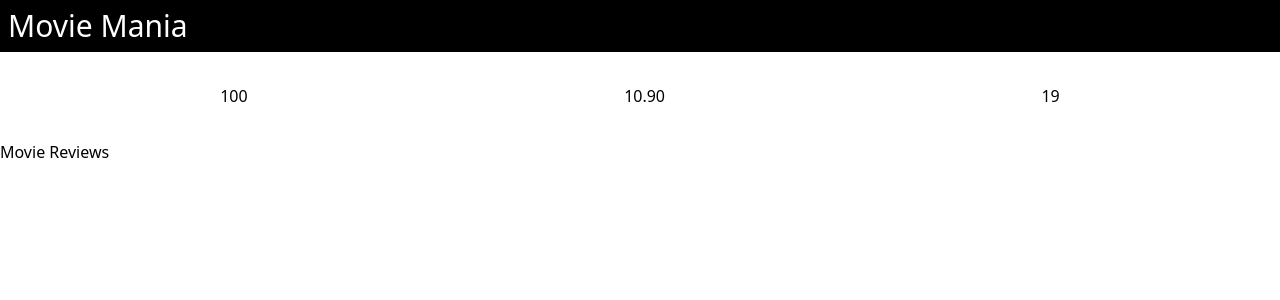
Repository: mdsajib50/Movie-Mania
Page: src/index.html
An editor plug-in stored every save of this project. The page is shown before and after a run of saves, followed by the edit.
The browser window is 1280 px wide. The pictures show the whole page.

Above is the page before, as saved 2025-03-07 15:04:48.

### src/index.html
<!DOCTYPE html>
<html lang="en">
<head>
    <meta charset="UTF-8">
    <meta name="viewport" content="width=device-width, initial-scale=1.0">
    <link rel="stylesheet" href="output.css">
    <title id="siteTitle">Movie Mania</title>
</head>
<body>
     <div class="flex flex-col">
        <nav class="bg-black text-white p-2">
            <h1 class="text-3xl">Movie Mania</h1>
        </nav>
        <div class="flex justify-around p-8">
            <div class="card" id="tMoviesId">
                <span>100</span>
            </div>
            <div class="card" id="tAvgRating"><span>10.90</span></div>
            <div class="card" id="tReviewsId"><span>19</span></div>
        </div>
        <div class="p-4" id="movieListId">
            <h2 class="text-2xl">Movie Reviews</h2>
            <ul class="my-2">
                <li class="card my-2 p-2"></li>
            </ul>
        </div>
     </div>
    <script src="script.js"></script>
</body>
</html>

Loaded but not shown: src/output.css (2091 lines, source omitted); src/script.js (no stored copy; drawn as an empty file)

After the next 5 saves:
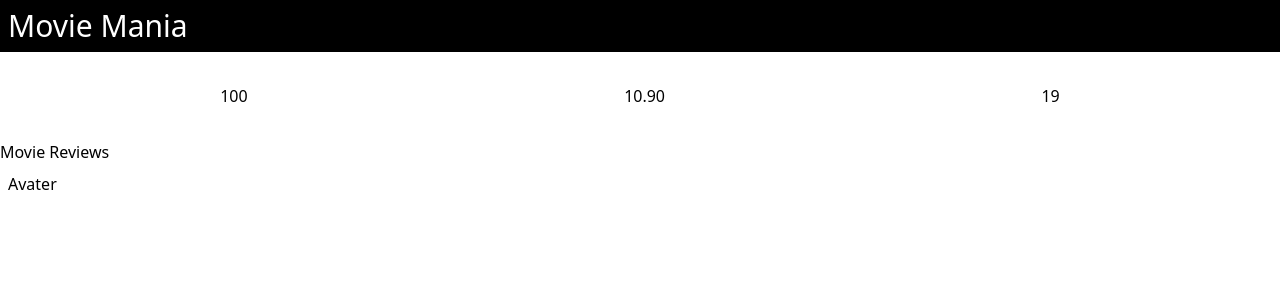
The 5 saves are shown as one change because they came seconds apart.
The last was saved 17 s later.
--- a/src/index.html
+++ b/src/index.html
@@ -21,7 +21,9 @@
         <div class="p-4" id="movieListId">
             <h2 class="text-2xl">Movie Reviews</h2>
             <ul class="my-2">
-                <li class="card my-2 p-2"></li>
+                <li class="card my-2 p-2">
+                    <p>Avater</p>
+                </li>
             </ul>
         </div>
      </div>
